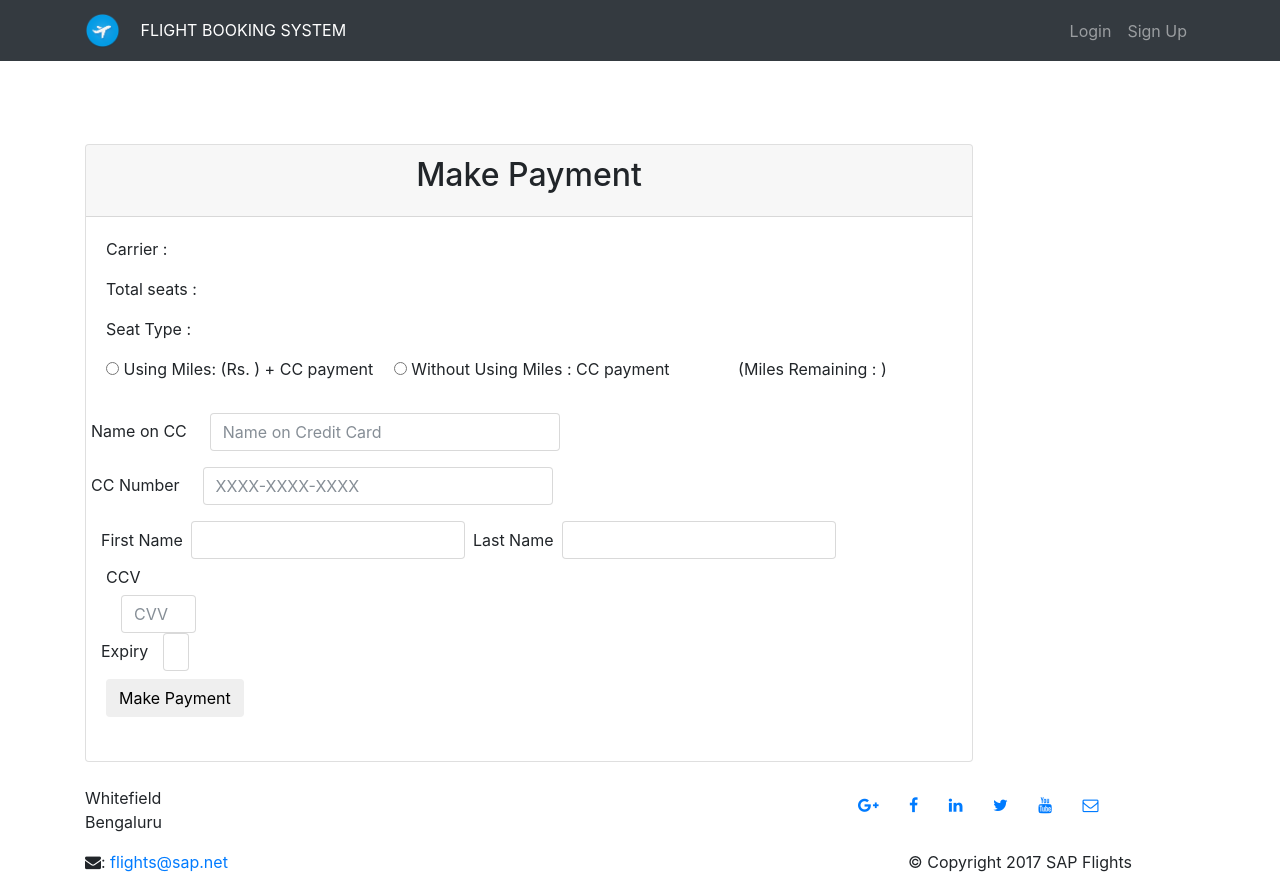
Repository: yashtatia/Spring-Practice
Page: http://localhost/FitnessTracker/WEB-INF/jsp/makePayment.jsp
These files come from the project's save history. The page is drawn as it stood at one moment and after the next save; the edit follows.
The browser window is 1280 px wide. The pictures show the whole page.
Some web libraries are served in a nearby version. The page is served by Tomcat 9. Nobody is signed in. The template is opened directly, without the code that normally fills it, so the values that code supplies are empty.

Above is the page before, as saved 2017-09-06 07:28:07.
Console error: SyntaxError: Unexpected token ';'

After the next save:
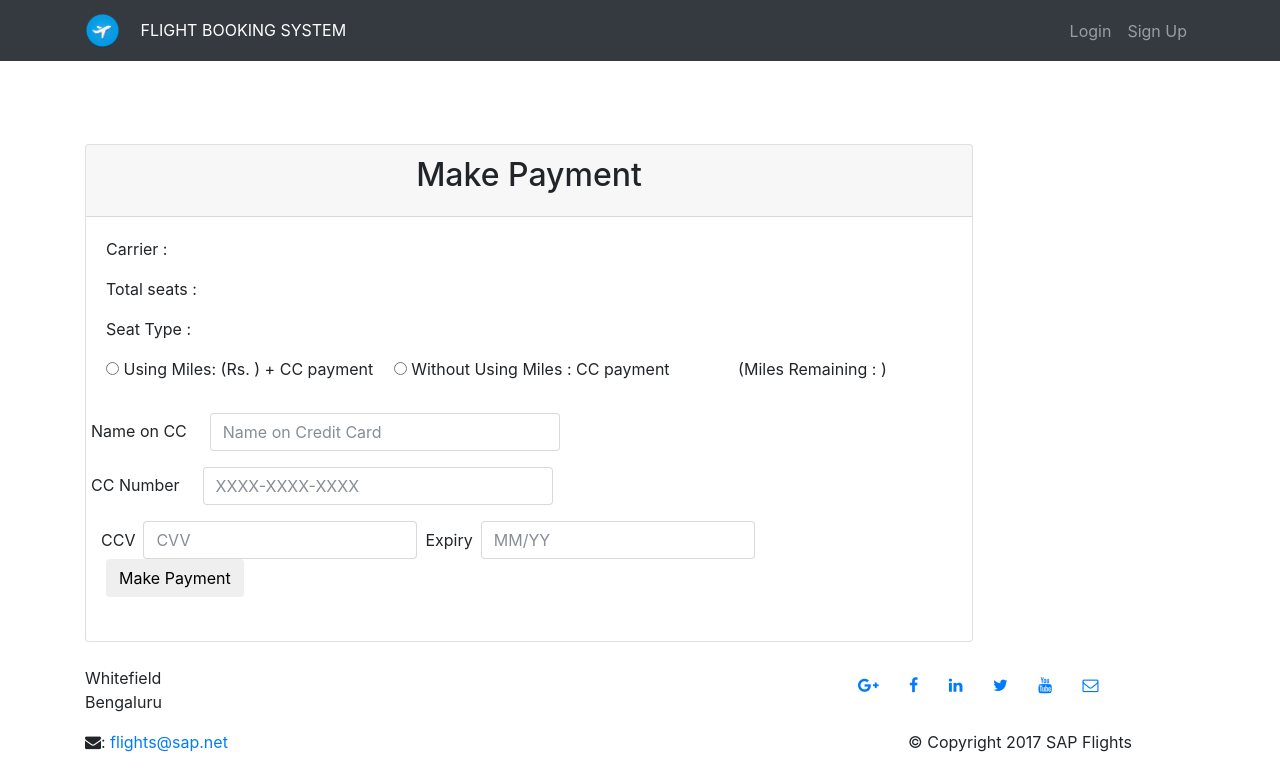
Saved 4 min 0 s later.
--- a/FitnessTracker/src/main/webapp/WEB-INF/jsp/makePayment.jsp
+++ b/FitnessTracker/src/main/webapp/WEB-INF/jsp/makePayment.jsp
@@ -52,32 +52,12 @@
 							    </div>
 							</div>
 							<div class="form-row">
-									<div class="form-inline"><label class="mr-sm-2 mb-0" for="first_name">First Name</label>
-<input type="text" class="form-control mr-sm-2 mb-2 mb-sm-0" id="first_name" name="first_name">
-<label class="mr-sm-2 mb-0" for="last_name">Last Name</label>
-<input type="text" class="form-control mr-sm-2 mb-2 mb-sm-0" id="last_name" name="last_name"></div>
-
-									<div class="col-6 col-md-offset-2">
-
-										    <label for="input3" class="col-form-label">CCV</label>
-										    <div class="col-md-3" >
-										      <form:input path="cc_cvv" type="password" name="cc_cvv" id="cc_cvv" placeholder="CVV" class="form-control"  />
-										    </div>
-
+									<div class="form-inline">
+										<label class="mr-sm-2 mb-0" for="cvv">CCV</label>
+											<form:input path="cc_cvv" type="password" name="cc_cvv" id="cc_cvv" placeholder="CVV" class="form-control mr-sm-2 mb-2 mb-sm-0"  />
+									<label class="mr-sm-2 mb-0" for="last_name">Expiry</label>
+											<form:input path="cc_expiry"  type="text" class="form-control mr-sm-2 mb-2 mb-sm-0" name="cc_expiry" id="cc_expiry" placeholder="MM/YY"/>
 									</div>
-
-										<div class="input-group mb-2">
-										    <label for="input4" class="col-form-label">Expiry</label>
-										    <div class="col-sm-3" >
-										      <form:input path="cc_expiry" type="text" name="cc_expiry" id="cc_expiry" placeholder="MM/YY" class="form-control" />
-										    </div>
-										</div>
-
-
-
-
-
-
 							</div>
 
 
